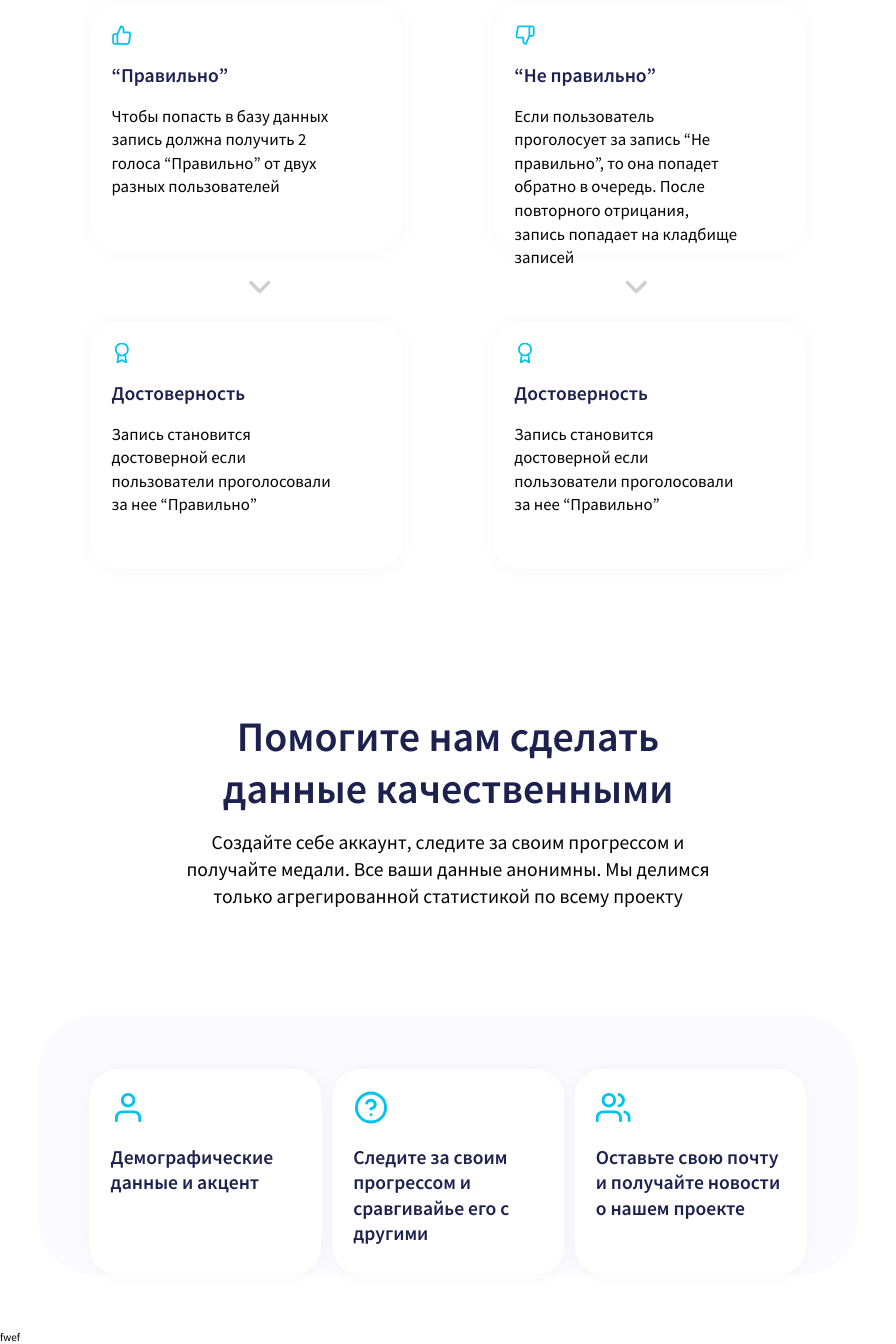
Repository: Amin444/Paymona-Sadp
Page: index.html
These files come from the project's save history. The page is drawn as it stood at one moment and after the next save; the edit follows.
The browser window is 1280 px wide. The pictures show the part of the page from y = 3873 to 5793 px (the page is 5793 px tall before and 5643 px after), at 70% of full size.

Above is the page before, as saved 2021-11-12 23:07:15.

### index.html
<!DOCTYPE html>
<html lang="en">
<head>
  <meta charset="UTF-8">
  <link rel="stylesheet" href="./style.css">
  <meta http-equiv="X-UA-Compatible" content="IE=edge">
  <meta name="viewport" content="width=device-width, initial-scale=1.0">
  <title>Paymona Sado</title>
</head>
<body>

  <div class="root">

    <div class="container">


        <div class="header">
          <div class="logoBlock">
            <img src="./img/logo.svg" class="logo" alt="">
            <p class='textLogo'>Paymona</p>
          </div>

          <div class="menu">
             <div class="items">Сделайте вклад</div>
             <div class="items">База данных</div>
             <div class="items border">Войти</div>
          </div>

        </div>

         <div class="elips">
           <svg width="120" height="285" viewBox="0 0 120 285" fill="none" xmlns="http://www.w3.org/2000/svg">
             <path d="M285 -1.24577e-05C247.573 -1.08218e-05 210.513 7.37176 175.935 21.6943C141.357 36.0169 109.939 57.0099 83.4745 83.4746C57.0098 109.939 36.0169 141.357 21.6943 175.935C7.37172 210.513 -1.57297e-05 247.573 -1.24577e-05 285L285 285L285 -1.24577e-05Z" fill="#1D214E"/>
           </svg>
         </div>

         <div class="rectangle2">
           <svg width="79" height="365" viewBox="0 0 79 365" fill="none" xmlns="http://www.w3.org/2000/svg">
             <rect width="118.426" height="472.716" rx="59.2128" transform="matrix(0.716507 0.69758 -0.716507 0.69758 18.7041 -24)" fill="#1D214E"/>
           </svg>

         </div>

         <div class="rectangle">
            <svg width="95" height="365" viewBox="0 0 95 365" fill="none" xmlns="http://www.w3.org/2000/svg">
             <rect width="118.426" height="472.716" rx="59.2128" transform="matrix(0.716507 0.69758 -0.716507 0.69758 34.7041 -24)" fill="#1D214E"/>
            </svg>
         </div>

        <div class="title">
           <h1>Овози дастрас</h1>
           <p class="desc">Открытый проект по <blue>обучению</blue> машин понимания <br> речи и текста на таджикском языке</p>
        </div>

        <div class="Listen-and-record">
           <div class="record-block">
              <div class="circles">
                <div class="imgBlock">
                  <img src="./img/Group.svg" class="asd" >
                </div>
              </div>
              <span class="text">Записав свой голос, вы помогаете улучшить систему по распознанию таджикской речи</span>
           </div>

           <hr>

           <div class="record-block">
              <div class="circles">
                <div class='imgBlock'>
                  <img src="./img/Group2.svg" class="asd" >
                </div>
              </div>
              <span class="text"> Послушайте и оцените правильность записанных текстов</span>
           </div>
        </div>

        <div class="how-we-do">
          <div class="bag">
            <div class="visible">
              <img src="./img/check-circle.svg">
              <p class="card-title">Что мы делаем</p>
              <p class="card-text">Мы строим открытую базу данных
                 голосов на таджикском языке,
                 чтобы все желающие могли использовать
                 ее для разработки голосвых приложений</p>
            </div>
            <div class="visible">
              <img src="./img/Group3.svg">
              <p class="card-title">Что мы делаем</p>
              <p class="card-text">Мы верим в то, что большая открытая база
                 голосов поможет развитию и инновациям в Таджикистане
                 в сфере разработки приложений с использованием разпознавания речи</p>
            </div>
            <div class="visible">
              <img src="./img/Group4.svg">
              <p class="card-title">Как помочь</p>
              <p class="card-text">Запишите свой голос зачитав одно
                предложения и помогите машинам понимать человеческую речь.
                 Проверяйте работу других, чтобы улучшить качество</p>
            </div>
          </div>
        </div>

        <div class="ewq">
          <img src="./img/Rectangle.svg" class='qwe'>
          <img src="./img/Rectangle2.svg" class='qwe2'>
          <div class="work-block">
            <h1>Как это работает?</h1>
            <p class="just-text">Мы хотим построить открытую базу общими усилиями.
               Сделайте свой вклад записав свой голос или проверив записи других.
              Это сделает базу лучше для всех</p>
          </div>
          <div class="example">
             <div class="example-block">
               <img class="size" src="./img/Group5.svg" >
                 <p class="card-title">Записывайте</p>
                 <span class="card-text2">Пользователи записывают свои голоса прочитав текс, который мы им показываем</span>
                </div>
                <img src="./img/Group8.svg" class="arrow" >
             <div class="example-block">
               <img class="size" src="./img/Group9.svg" >
                 <p class="card-title">Очередь на проверку</p>
                 <span class="card-text2">Запись попадает на очередь и будет ждать проверки</span>
                </div>
                <img src="./img/Group8.svg" class="arrow2" >
             <div class="example-block">
               <img class="size" src="./img/Group10.svg" >
                 <p class="card-title">Проверка</p>
                 <span class="card-text2">Пользователи слушают записи, сверяют с тексом</span>
                </div>
                <img src="./img/Group8.svg" class="arrow3" >
             <div class="example-block">
               <img class="size" src="./img/Group11.svg" >
                 <p class="card-title">Достоверность</p>
                 <span class="card-text2">Запись становится достоверной если пользователи проголосовали за нее “Правильно”</span>
                </div>
                <img src="./img/Group8.svg" class="arrow4" >
                <img src="./img/Group8.svg" class="arrow5" >
          </div>
          <div class="tworouds">
            <div class="example-block2">
              <img class="size" src="./img/Group12.svg" >
                <p class="card-title">“Правильно”</p>
                <span class="card-text2">Чтобы попасть в базу данных запись должна получить 2 голоса “Правильно” от двух разных пользователей  </span>
               </div>
               <img src="./img/Group8.svg" class="arrow6" >
               <img src="./img/Group8.svg" class="arrow7" >
            <div class="example-block2">
              <img class="size rotate" src="./img/Group12.svg" >
                <p class="card-title">“Не правильно”</p>
                <span class="card-text2">Если пользователь проголосует за запись “Не правильно”, то она попадет обратно в очередь. После повторного отрицания, запись попадает на кладбище записей</span>
               </div>
          </div>
          <div class="tworouds">
            <div class="example-block2">
              <img class="size" src="./img/Group11.svg" >
                <p class="card-title">Достоверность</p>
                <span class="card-text2">Запись становится достоверной если пользователи проголосовали за нее “Правильно”</span>
               </div>
            <div class="example-block2">
              <img class="size" src="./img/Group11.svg" >
                <p class="card-title">Достоверность</p>
                <span class="card-text2">Запись становится достоверной если пользователи проголосовали за нее “Правильно”</span>
               </div>
          </div>

          <div class="help-block">
            <h1>Помогите нам сделать <br>
              данные качественными</h1>
              <p class="just-text"> Создайте себе аккаунт, следите за своим прогрессом и получайте медали.
                 Все ваши данные анонимны. Мы делимся только агрегированной статистикой по всему проекту</p>
          </div>
            <div class="how-we-do">
              <div class="bag">
                <div class="visible2">
                  <img src="./img/Group13.svg">
                  <p class="card-title">Демографические данные и акцент</p>

                </div>
                <div class="visible2">
                  <img src="./img/Group3.svg">
                  <p class="card-title">Следите за своим прогрессом и сравгивайье его с другими</p>

                </div>
                <div class="visible2">
                  <img src="./img/Group4.svg">
                  <p class="card-title">Оставьте свою почту и получайте новости о нашем проекте </p>

                </div>
              </div>
            </div>

          </div>
        <div class="footer">
          fwef
     </div>
      </div>

  </div>
</body>
</html>

### style.css
@import url('https://fonts.googleapis.com/css2?family=Source+Sans+Pro:ital,wght@0,200;0,300;0,400;0,600;0,700;0,900;1,200;1,300;1,400;1,600;1,700;1,900&display=swap');

*{
  margin: 0;
  padding: 0;
  border: none;
  outline: none;
  font-family: 'Source Sans Pro', sans-serif;
  font-weight: 500;

}

.root{
  width: 100vw;
  display: flex;
  align-items: center;
  flex-direction: column;
}
.container{
  width: 100%;
  display: flex;
  flex-direction: column;
}

.header{
  height: 90px;
  padding: 0 40px;
  display: flex;
  align-items: center;
  justify-content: space-between;
}

.textLogo{
  color: #1D214E;
  font-weight: 700;
  font-size: 28px;
  line-height: 35px;
}

.logo{
  width: 40px;
  height: 40px;
}
.logoBlock{
  width:170px;
  display: flex;
  justify-content: space-between;
}
.menu{
  display: flex;
  gap: 40px;
  align-items: center;
  font-weight: 400;
  font-size: 20px;
  line-height:25px;
}
.items{
  cursor: pointer;
}
.border{
  padding: 8px 12px;
  border: 1px solid rgba(73, 222, 255, 1);
  border-radius: 50px;
  font-weight: 600;
}
.title{
  margin-top: 72px;
  display: flex;
  flex-direction: column;
  align-items: center;
}

h1{
  color: rgba(29, 33, 78, 1);
  font-weight: 600;
  font-size: 60px;
  line-height:75px;
  margin-bottom: 20px;
}
.desc{
  font-weight: 400;
  font-size: 32px;
  text-align: center;
}
blue{
  color: rgba(3, 194, 236, 1);
}
.elips{
  position: absolute;
  right: 0;
  top: 198px;
}

.rectangle{
  position: absolute;
  top: 255px
}
.rectangle2{
  position: absolute;
  top: 451px
}

.Listen-and-record{
  margin-top: 150px;
  display: flex;
  justify-content: space-evenly;
}
.record-block{
  display: flex;
  align-items: center;
  flex-direction: column;
}

.circles{
  border-radius: 50%;
  box-shadow: 0px 8px 16px rgba(0, 160, 210, 0.16);
  background-color: #fff;
  width: 230px;
  height: 230px;
}
.imgBlock{
  width: 100%;
  height: 100%;
  display: flex;
  justify-content: center;
  align-items: center;
}
.asd{
  width: 40%;
  height: 40%;
}

.text{
  margin-top: 24px;
  display: block;
  text-align: center;
  width: 496px;
  font-weight: 400;
  font-size: 28px;
}
hr{
  border: 1px solid rgba(234, 243, 252, 1);
  height: 359px;
}

.how-we-do{
  margin-top: 150px;
  display: flex;
  justify-content: center;
}

.bag{
  position: absolute;
  width: 80vw;
  height: 294px;
  background:#FBFAFF;
  border-radius: 80px;
  display: flex;
  justify-content: space-between;
  padding: 77px 73px 0 73px;
}
.visible{
  width: 271px;
  height:467px;
  box-shadow: 0px 0px 24px rgba(0, 0, 0, 0.04);
  border-radius: 40px;
  background:#fff;
  padding: 30px
}
.visible2{
  width: 271px;
  box-shadow: 0px 0px 24px rgba(0, 0, 0, 0.04);
  border-radius: 40px;
  background:#fff;
  padding: 30px
}
.card-title{
  margin-top: 24px;
  font-weight: 600;
  font-size: 28px;
  color: rgba(29, 33, 78, 1)
}
.card-text{
  margin-top: 24px;
  font-weight: 400;
  font-size: 20px;
  line-height: 28px;
}
.card-text2{
  width: 322px;
  margin-top: 24px;
  font-weight: 400;
  font-size: 24px;
  line-height: 33.6px;
}
.ewq{
  width: 100%;
  display: flex;
  flex-direction: column;
  align-items: center;
}
.qwe{
  position: absolute;
  top: 1320px;
  right: 0;
  transform: rotate(180deg);
}
.qwe2{
  position: absolute;
  top: 1500px;
  right: 0;
  transform: rotate(180deg);
}
.work-block{
  margin-top: 750px;
  width: 50%;
  display: flex;
  align-items: center;
  flex-direction: column;
}

.just-text{
  width: 748px;
  font-weight: 400;
  font-size: 28px;
  text-align: center;
  line-height: 39.2px;
}
.example-block{
  padding: 30px;
  margin-top: 100px;
  background: #fff;
  display: flex;
  flex-direction: column;
  box-shadow: 0px 0px 24px rgba(0, 0, 0, 0.04);
  border-radius: 40px;
  width: 386px;
  height: 294px;
}
.example-block2{
  padding: 30px;
  margin-top: 100px;
  background: #fff;
  display: flex;
  flex-direction: column;
  box-shadow: 0px 0px 24px rgba(0, 0, 0, 0.04);
  border-radius: 40px;
  width: 386px;
  height: 294px;
}
.size{
  width: 30px;
  height: 30px;
}

.example{
  position: relative;
}

.arrow{
  position: absolute;
  top: 480px;
  right: 50%;
}
.arrow2{
  position: absolute;
  top: 930px;
  right: 50%;
}
.arrow3{
  position: absolute;
  top: 1400px;
  right: 50%;
}
.arrow4{
  position: absolute;
  top: 1830px;
  right: 80%;
  transform: rotate(30deg);
}
.arrow5{
  position: absolute;
  top: 1830px;
  right: 10%;
  transform: rotate(-30deg);
}
.tworouds{
  width: 100%;
  display: flex;
  justify-content: space-evenly;
  position: relative;
}

.rotate{
  transform: rotate(180deg);
}

.arrow6{
  position: absolute;
  left: 27%;
  top: 480px;
}
.arrow7{
  position: absolute;
  right: 27%;
  top: 480px;
}
.help-block{
  margin-top: 200px;
  text-align: center
}
.footer{
  margin-top: 450px;
}

### img/logo.svg
<svg width="24" height="24" viewBox="0 0 24 24" fill="none" xmlns="http://www.w3.org/2000/svg">
<path d="M23.2727 11.9119V16.6433C23.2731 16.8543 23.2169 17.0618 23.1094 17.2464C23.0019 17.4309 22.8466 17.5864 22.6582 17.6981L12.3229 23.8128C12.1153 23.9351 11.8758 24 11.6314 24C11.387 24 11.1475 23.9351 10.9399 23.8128L0.616444 17.6943C0.427833 17.5828 0.272261 17.4273 0.164406 17.2428C0.0565516 17.0583 -2.98523e-05 16.8507 1.18183e-08 16.6396V11.9119C-3.13489e-05 11.6902 0.0623511 11.4726 0.180679 11.2816C0.299007 11.0906 0.468973 10.9331 0.672954 10.8255C0.876934 10.7179 1.1075 10.6641 1.34075 10.6696C1.574 10.6752 1.80144 10.7399 1.99949 10.8571L10.9399 16.1535C11.1475 16.2758 11.387 16.3407 11.6314 16.3407C11.8758 16.3407 12.1153 16.2758 12.3229 16.1535L21.2653 10.8571C21.4634 10.7373 21.6918 10.6704 21.9264 10.6636C22.1611 10.6567 22.3934 10.71 22.5989 10.818C22.8043 10.9259 22.9754 11.0845 23.0939 11.277C23.2125 11.4695 23.2743 11.6888 23.2727 11.9119Z" fill="#1D214E"/>
<path d="M10.9383 13.2688L1.76081 7.81102C1.57388 7.69908 1.41986 7.54397 1.31312 7.36018C1.20638 7.17639 1.15039 6.96991 1.15039 6.76C1.15039 6.5501 1.20638 6.34361 1.31312 6.15982C1.41986 5.97603 1.57388 5.82093 1.76081 5.70898L10.9344 0.193005C11.1431 0.0669478 11.3854 0 11.6328 0C11.8802 0 12.1224 0.0669478 12.3312 0.193005L21.5107 5.70898C21.6976 5.82093 21.8516 5.97603 21.9584 6.15982C22.0651 6.34361 22.1211 6.5501 22.1211 6.76C22.1211 6.96991 22.0651 7.17639 21.9584 7.36018C21.8516 7.54397 21.6976 7.69908 21.5107 7.81102L12.3253 13.2688C12.1173 13.3921 11.877 13.4575 11.6318 13.4575C11.3866 13.4575 11.1463 13.3921 10.9383 13.2688Z" fill="#1D214E"/>
</svg>

After the next save:
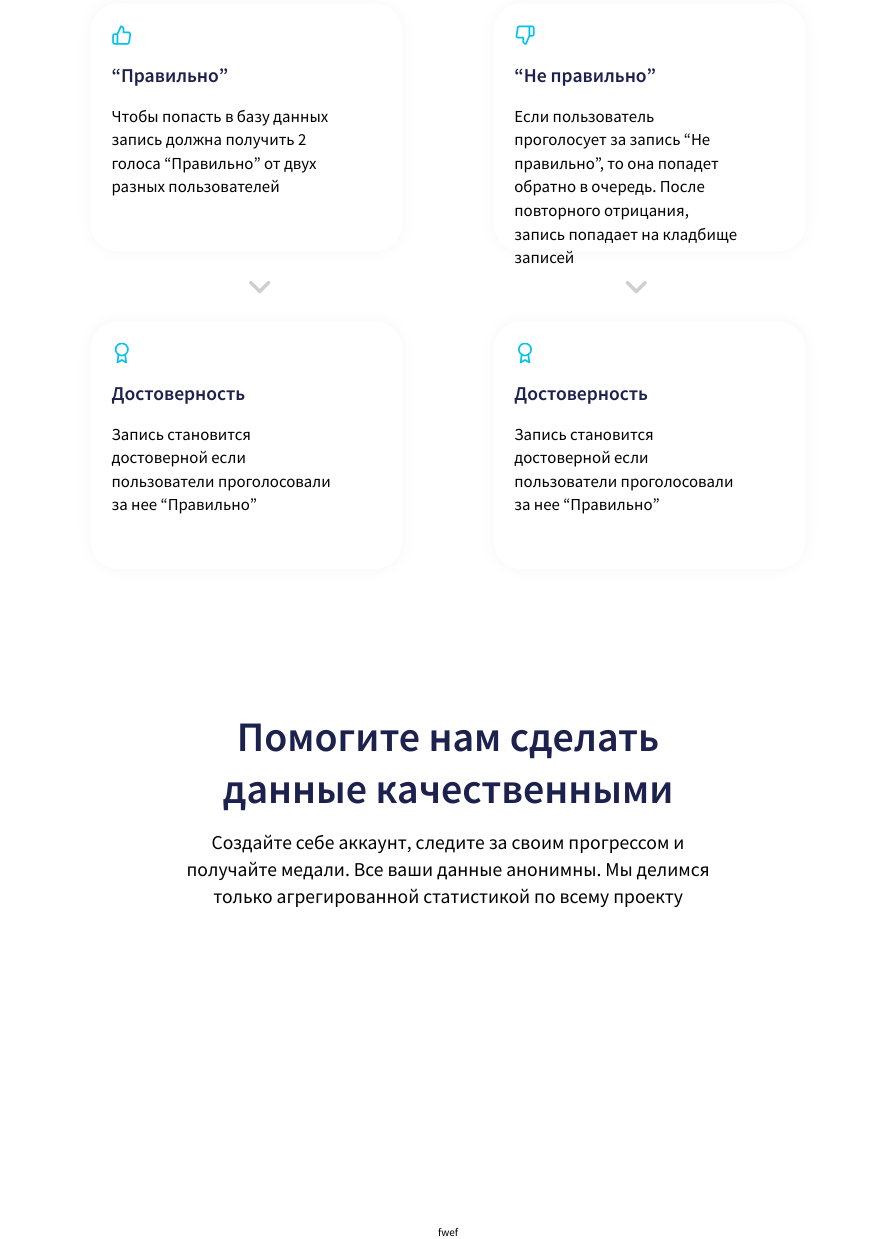
Saved 9 s later.
--- a/index.html
+++ b/index.html
@@ -170,26 +170,7 @@
               <p class="just-text"> Создайте себе аккаунт, следите за своим прогрессом и получайте медали.
                  Все ваши данные анонимны. Мы делимся только агрегированной статистикой по всему проекту</p>
           </div>
-            <div class="how-we-do">
-              <div class="bag">
-                <div class="visible2">
-                  <img src="./img/Group13.svg">
-                  <p class="card-title">Демографические данные и акцент</p>
-
-                </div>
-                <div class="visible2">
-                  <img src="./img/Group3.svg">
-                  <p class="card-title">Следите за своим прогрессом и сравгивайье его с другими</p>
-
-                </div>
-                <div class="visible2">
-                  <img src="./img/Group4.svg">
-                  <p class="card-title">Оставьте свою почту и получайте новости о нашем проекте </p>
-
-                </div>
-              </div>
-            </div>
-
+            <div
           </div>
         <div class="footer">
           fwef

After the 2 saves that followed:
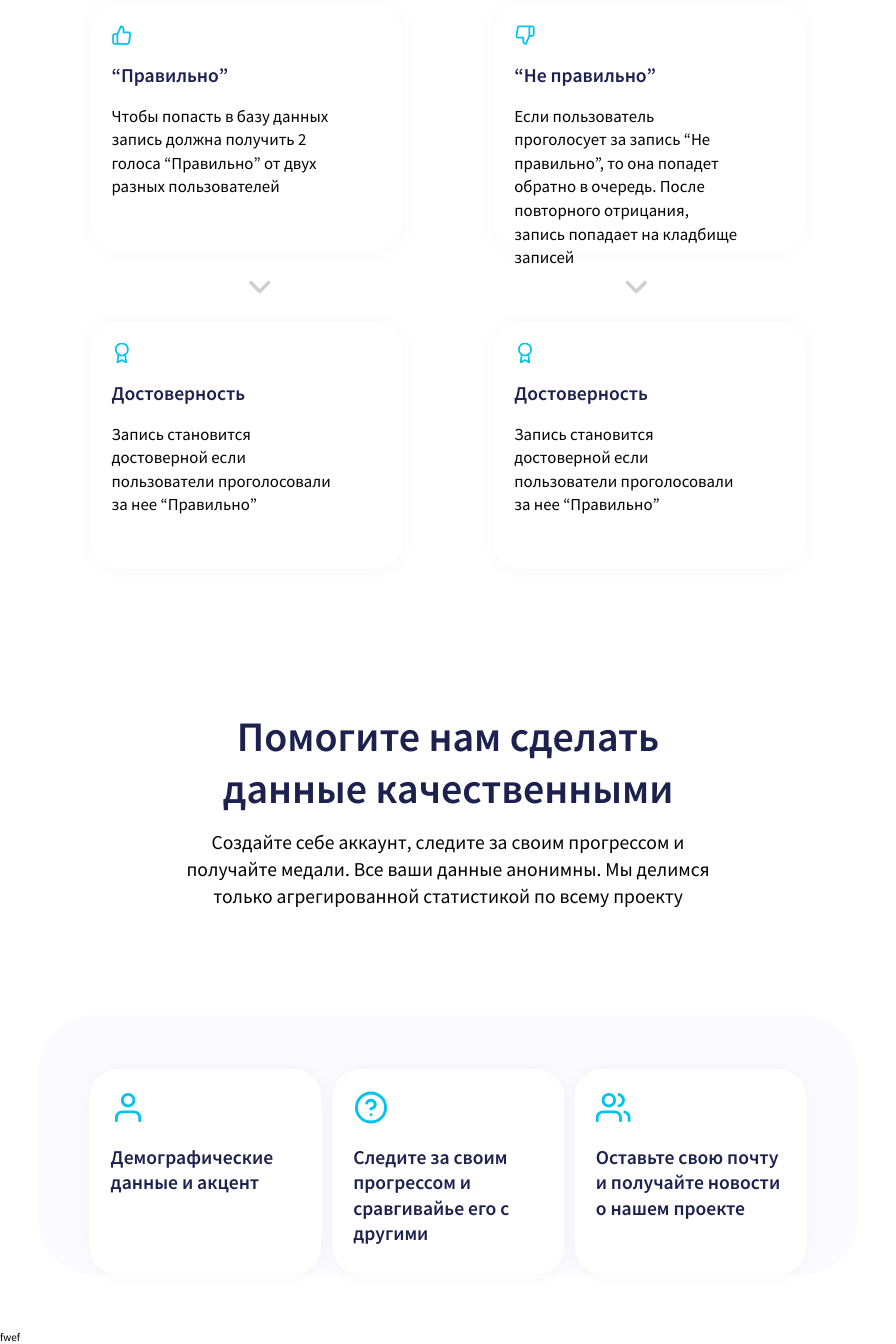
The 2 saves are shown as one change because they came seconds apart.
The last was saved 8 s later.
--- a/index.html
+++ b/index.html
@@ -170,7 +170,26 @@
               <p class="just-text"> Создайте себе аккаунт, следите за своим прогрессом и получайте медали.
                  Все ваши данные анонимны. Мы делимся только агрегированной статистикой по всему проекту</p>
           </div>
-            <div
+            <div class="how-we-do">
+              <div class="bag">
+                <div class="visible2">
+                  <img src="./img/Group13.svg">
+                  <p class="card-title">Демографические данные и акцент</p>
+
+                </div>
+                <div class="visible2">
+                  <img src="./img/Group3.svg">
+                  <p class="card-title">Следите за своим прогрессом и сравгивайье его с другими</p>
+
+                </div>
+                <div class="visible2">
+                  <img src="./img/Group4.svg">
+                  <p class="card-title">Оставьте свою почту и получайте новости о нашем проекте </p>
+
+                </div>
+              </div>
+            </div>
+
           </div>
         <div class="footer">
           fwef
